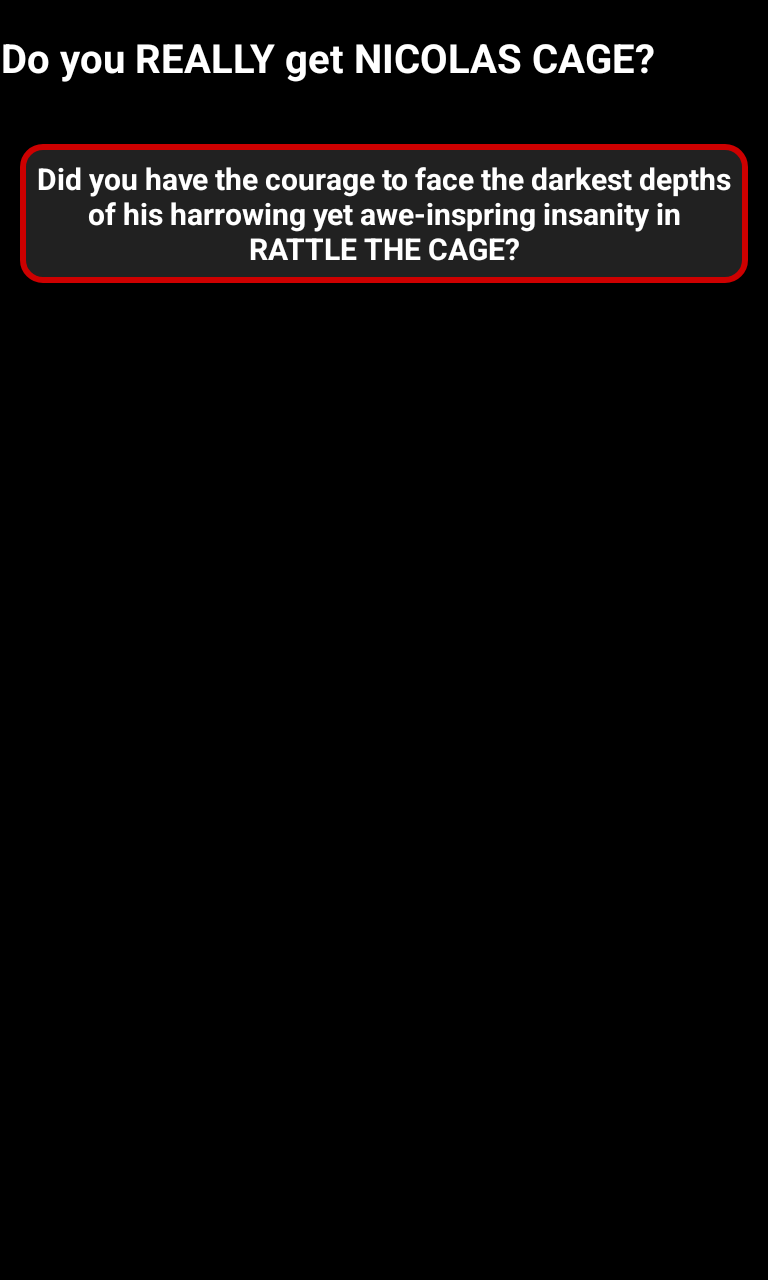
Repository: kylenicola/NicCageMobileApp
Layout: NicolasCageApp/res/layout/activity_score_menu.xml
These files come from the project's save history. The layout is drawn as it stood at one moment and after the next save; the edit follows.
It is drawn on a 768 x 1280 px phone screen (xhdpi) without system bars, with theme AppTheme; the app's code is not run.

Above is the layout before, as saved 2014-12-04 02:31:12.

After the next save:
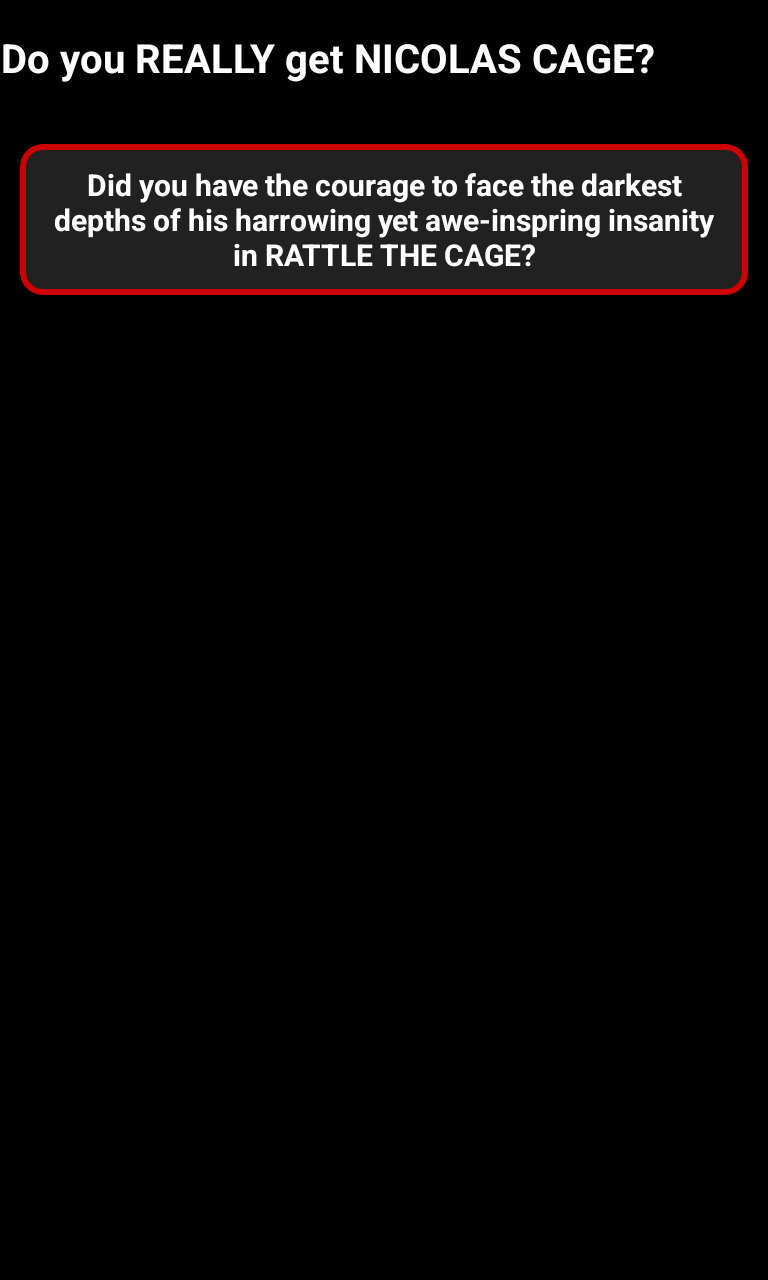
Saved 36 s later.
--- a/NicolasCageApp/res/drawable/score_menu_button_style.xml
+++ b/NicolasCageApp/res/drawable/score_menu_button_style.xml
@@ -16,10 +16,10 @@
 
     <!-- If you want to add some padding -->
     <padding
-        android:left="7dp"
-        android:top="7dp"
-        android:right="7dp"
-        android:bottom="7dp"    >
+        android:left="10dp"
+        android:top="10dp"
+        android:right="10dp"
+        android:bottom="10dp"    >
     </padding>
 
     <!-- Here is the corner radius -->
